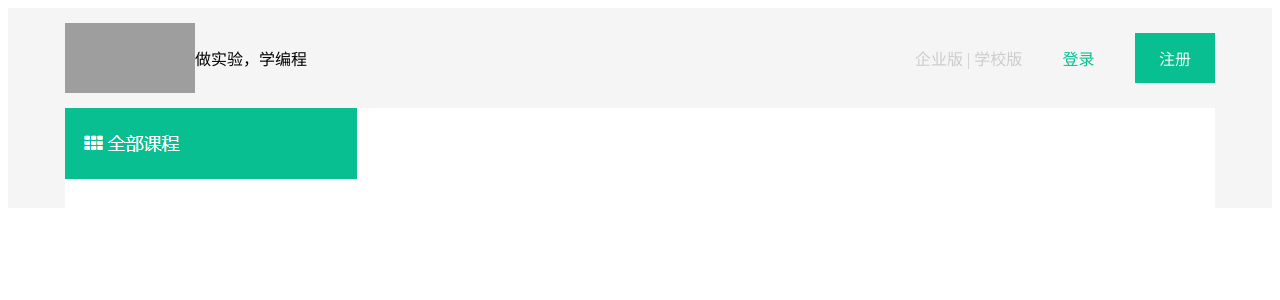
Repository: wuguozheng/xxbb
Page: /
An editor plug-in stored every save of this project. The page is shown before and after the next save, followed by the edit.
The browser window is 1280 px wide. The pictures show the whole page.
Pictures or frames that could not be fetched are drawn as grey boxes. The project was rebuilt for these pictures with package versions that can differ from the ones it lists, and the page was loaded fresh each time.

Above is the page before, as saved 2020-06-01 14:00:48.

### src/App.vue
<template>
  <div id="app">

    <router-view/>
  </div>
</template>

<style lang="scss">

</style>

### src/views/Home.vue
<template>
 <div>
    <mxs1></mxs1>
 </div>
</template>

<script>
import Mxs1 from '../components/home/Mxs1'
 export default {
   name: '',
   props: {
   },
   components: {
     Mxs1,
   },
   data () {
     return {

     }
   },
   methods: {

   },
   mounted() {

   },
   watch: {

   },
   computed: {

   }
 }
</script>

<style scoped lang='scss'>

</style>

### src/components/home/Mxs1.vue
<template>
  <div>
    <div class="rap">
      <div class="rap-1">
        <div class="left">
          <img
            data-v-7629dae3
            src="https://static.shiyanlou.com/frontend/dist/img/9f43b00.svg"
            alt="实验楼"
            width="130"
            height="70"
          />
          <div>做实验，学编程</div>
        </div>
        <div class="rap-2">
          <div class="timi-1">企业版 | 学校版</div>
          <div class="timi-2">登录</div>
          <div class="timi">注册</div>
        </div>
      </div>
      <div class="run">
        <img src="../home/QQ截图20200601133655.png" alt="">
      </div>
    </div>
  </div>
</template>

<script>
export default {
  name: "",
  props: {},
  components: {},
  data() {
    return {};
  },
  methods: {},
  mounted() {},
  watch: {},
  computed: {}
};
</script>

<style scoped lang='scss'>
.rap {
  width: 100%;
  height: 200px;
  background: whitesmoke;
  display: flex;
  justify-content: center;
  align-items: center;
  flex-direction: column;
}
.rap-1 {
  width: 1150px;
  height: 100px;
  background: transparent;
  position: relative;
  display: flex;
  justify-content: center;
  align-items: center;
}
.left {
  position: absolute;
  left: 0;
  display: flex;
  justify-content: center;
  align-items: center;
}
.rap-2 {
  display: flex;
  width: 300px;
  height: 100px;
  background: transparent;
  justify-content: space-between;
  align-items: center;
  position: absolute;
  right: 0;
}
.timi {
  width: 80px;
  height: 50px;
  background: rgb(8, 191, 145);
  display: flex;
  justify-content: center;
  align-items: center;
  color: whitesmoke;
  &:hover {
    cursor: pointer;
  }
}
.timi-1 {
  color: #ccc;
  &:hover {
    cursor: pointer;
    color: rgb(8, 191, 145);
  }
}
.timi-2 {
  color: rgb(8, 191, 145);
  &:hover {
    cursor: pointer;
    color: #ccc;
  }
}
.run {
  width: 1150px;
  height: 100px;
  background: white;
}
</style>

Loaded but not shown: src/main.js (common file); src/router/index.js (common file); src/store/index.js (common file)

After the next save:
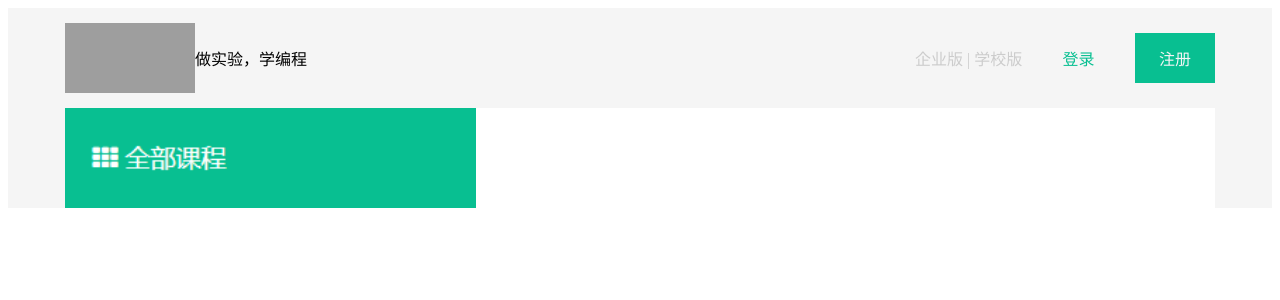
Saved 24 s later.
--- a/src/components/home/Mxs1.vue
+++ b/src/components/home/Mxs1.vue
@@ -19,7 +19,7 @@
         </div>
       </div>
       <div class="run">
-        <img src="../home/QQ截图20200601133655.png" alt="">
+        <img src="../home/QQ截图20200601133655.png" alt="" height="100">
       </div>
     </div>
   </div>
